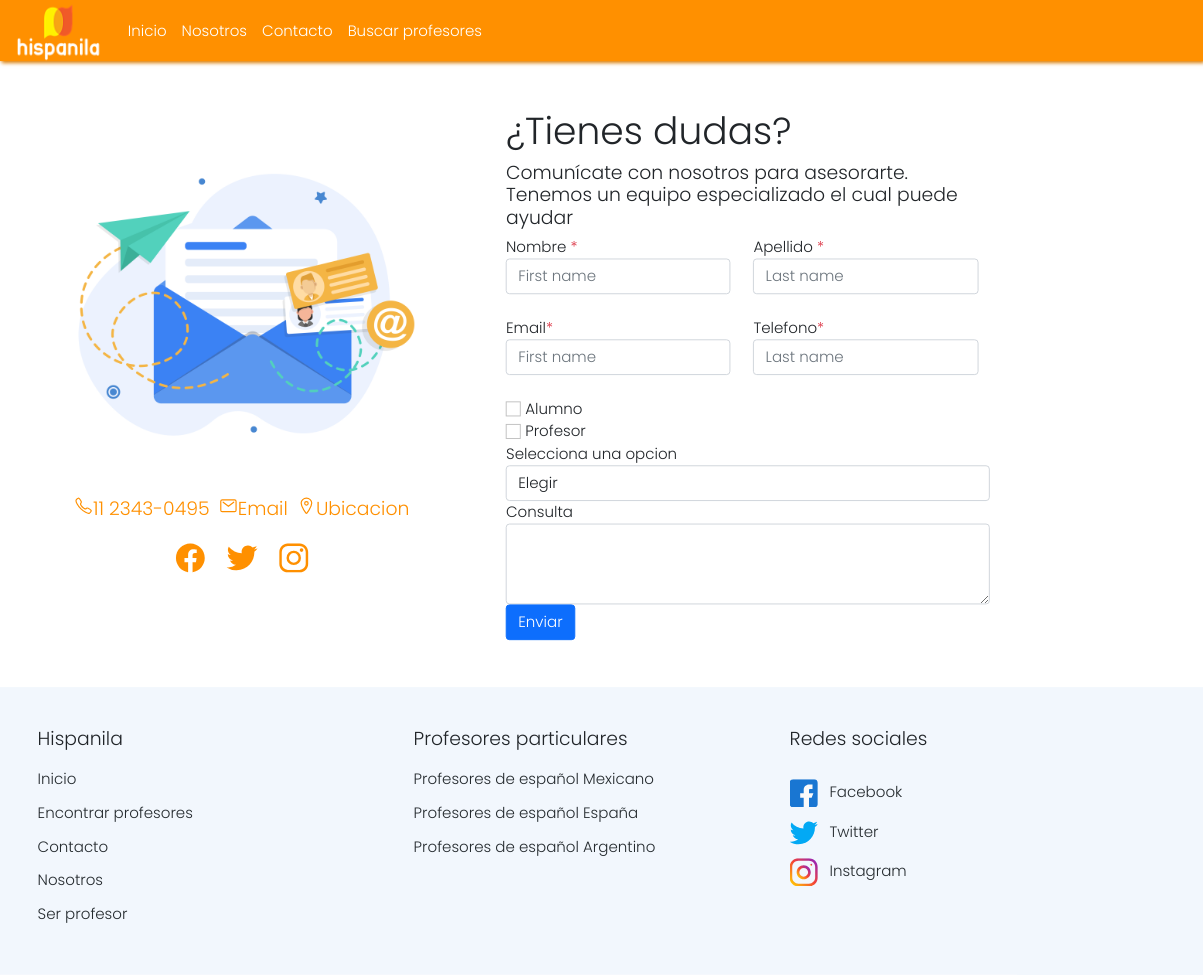
Repository: AgustinGarciaDev/Hispanila
Page: contact.html
These files come from the project's save history. The page is drawn as it stood at one moment and after the next save; the edit follows.
The browser window is 1280 px wide. The pictures show the whole page, at 94% of full size.
Some web libraries are served in a nearby version. The style sheet was rebuilt from its Sass, Less or Tailwind sources for each picture, by a compiler version that may differ from the author's.

Above is the page before, as saved 2021-01-28 23:36:19.

After the next save:
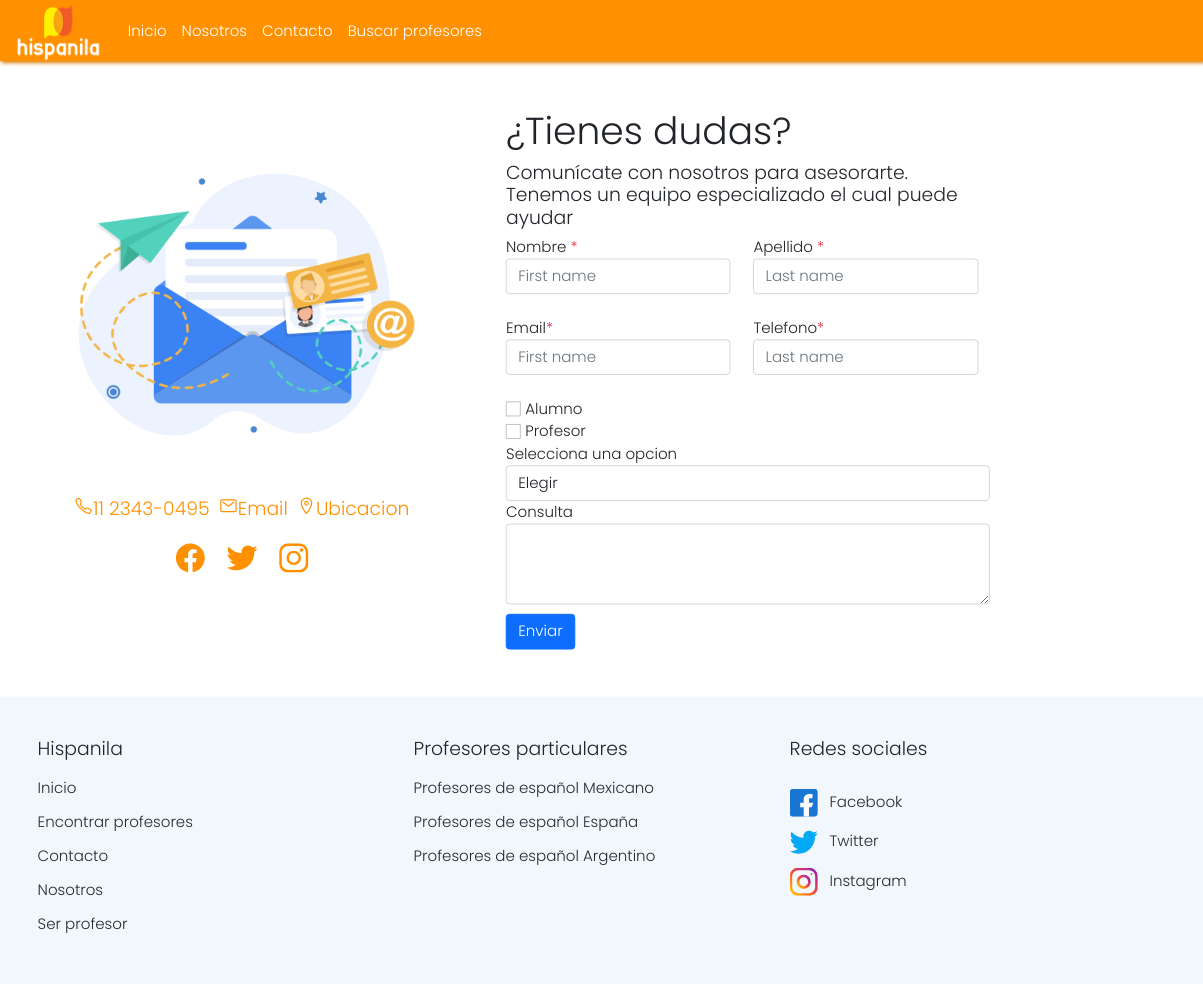
Saved 18 s later.
--- a/scss/_contac.scss
+++ b/scss/_contac.scss
@@ -42,6 +42,10 @@
     font-size: $titulocontacto;
 }
 
+.boton__send {
+    margin-top: 10px;
+}
+
 @media (max-width: 520px) {
     .text-contact__h1 {
         text-align: center;
